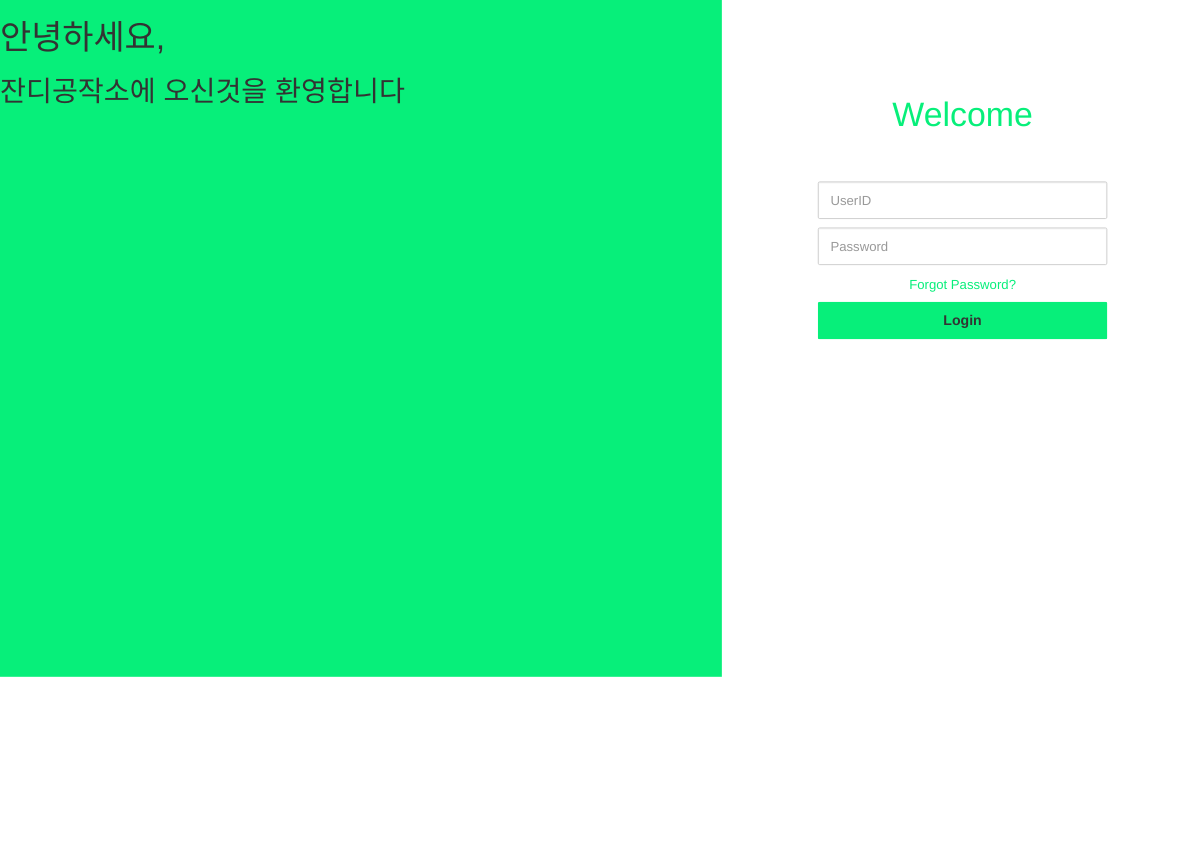
Repository: guddus326/Grass_Farm
Page: http://localhost/Grass_Farm/Index.jsp
An editor plug-in stored every save of this project. The page is shown before and after the next save, followed by the edit.
The browser window is 1280 px wide. The pictures show the whole page, at 94% of full size.
The page is served by Tomcat 9. Other server files are loaded and not shown.

Above is the page before, as saved 2021-03-17 10:29:24.

### Grass_Farm/Grass_Farm/WebContent/Index.jsp
<%@ page language="java" contentType="text/html; charset=UTF-8" pageEncoding="UTF-8"%>

<!DOCTYPE html>
<html>
<head>
<meta charset="UTF-8">
<meta http-equiv="Content-Type" content="text/html";charset-UTF-8">
<link rel="stylesheet" href="css/bootstrap.min.css">
<title>잔디공작소</title>
<style>

        .login-form {
    		width: 60%;
    		margin: 10% auto;
    		text-align:center;
		}

		.login-btn {
    		font-size: 15px;
    		font-weight: bold;
  			min-height: 40px;
  			border-radius: 2px;
  			background-color:#07ef7a;
  			margin-top:3%;
		}

		.form-control{
			width:100%;
			height:40px;
			margin-bottom:3%;
			border-radius: 2px;
		}

 		div {
        	width: 100%;
        	height: 100vh;
        }
    	div.left {
        	width: 60%;
        	float: left;
        	background: #07ef7a;
    	}
    	div.right {
        	width: 40%;
        	float: right;
        	background: #ffffff;
    	}
    	h1.welcome{
    		text-align: center;
    		margin-top: 20%;
    		color:#07ef7a
    	}
    	.fp{
    		text-align:right;
    	}
     	body {
     		overflow:hidden
     	}

    </style>
</head>

<body>
    <div>
        <div class="left">
        	<h1 class="hello">안녕하세요,</h1>
        	<h2 class=>잔디공작소에 오신것을 환영합니다</h2>
        </div>

        <div class="right">
        	<h1 class="welcome">Welcome</h1>
        	<div class="login-form">
    			<form action="LoginAction.jsp" method="post">
  					<input type="text" onfocus="" class="form-control" name="userID" placeholder="UserID" required="required">
  					<input type="password" class="form-control" name="userPass" placeholder="Password" required="required">
            		<a href="#" style="color:#07ef7a" class="fp">Forgot Password?</a>
            		<button type="submit" class="btn login-btn btn-block">Login</button>
    			</form>
			</div>
        </div>
    </div>
</body>



</body>
</html>

Loaded but not shown: Grass_Farm/Grass_Farm/WebContent/css/bootstrap.min.css (library)

After the next save:
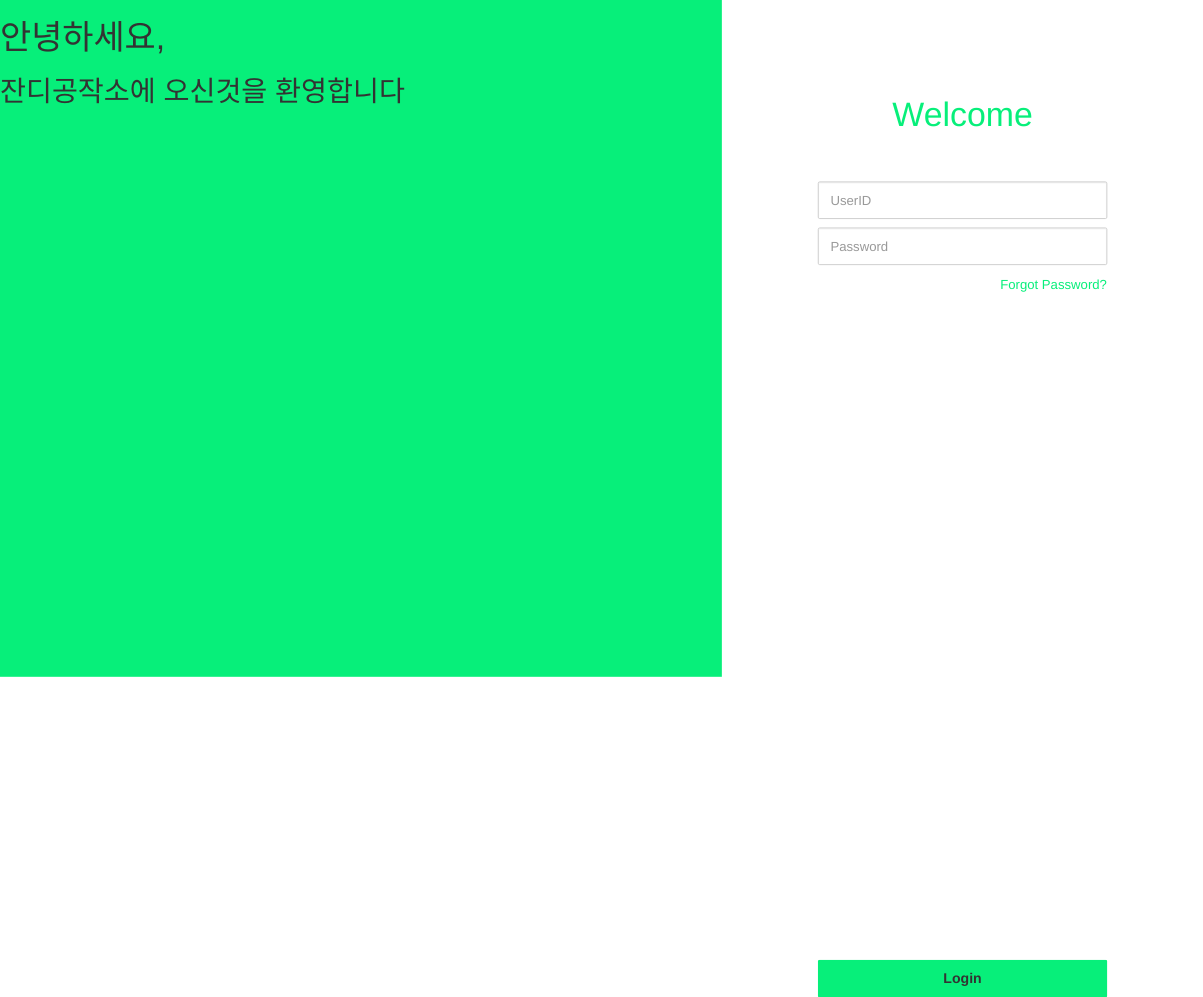
Saved 47 s later.
--- a/Grass_Farm/Grass_Farm/WebContent/Index.jsp
+++ b/Grass_Farm/Grass_Farm/WebContent/Index.jsp
@@ -73,7 +73,7 @@
     			<form action="LoginAction.jsp" method="post">
   					<input type="text" onfocus="" class="form-control" name="userID" placeholder="UserID" required="required">
   					<input type="password" class="form-control" name="userPass" placeholder="Password" required="required">
-            		<a href="#" style="color:#07ef7a" class="fp">Forgot Password?</a>
+            		<div class="fp"><a href="#" style="color:#07ef7a">Forgot Password?</a></div>
             		<button type="submit" class="btn login-btn btn-block">Login</button>
     			</form>
 			</div>
